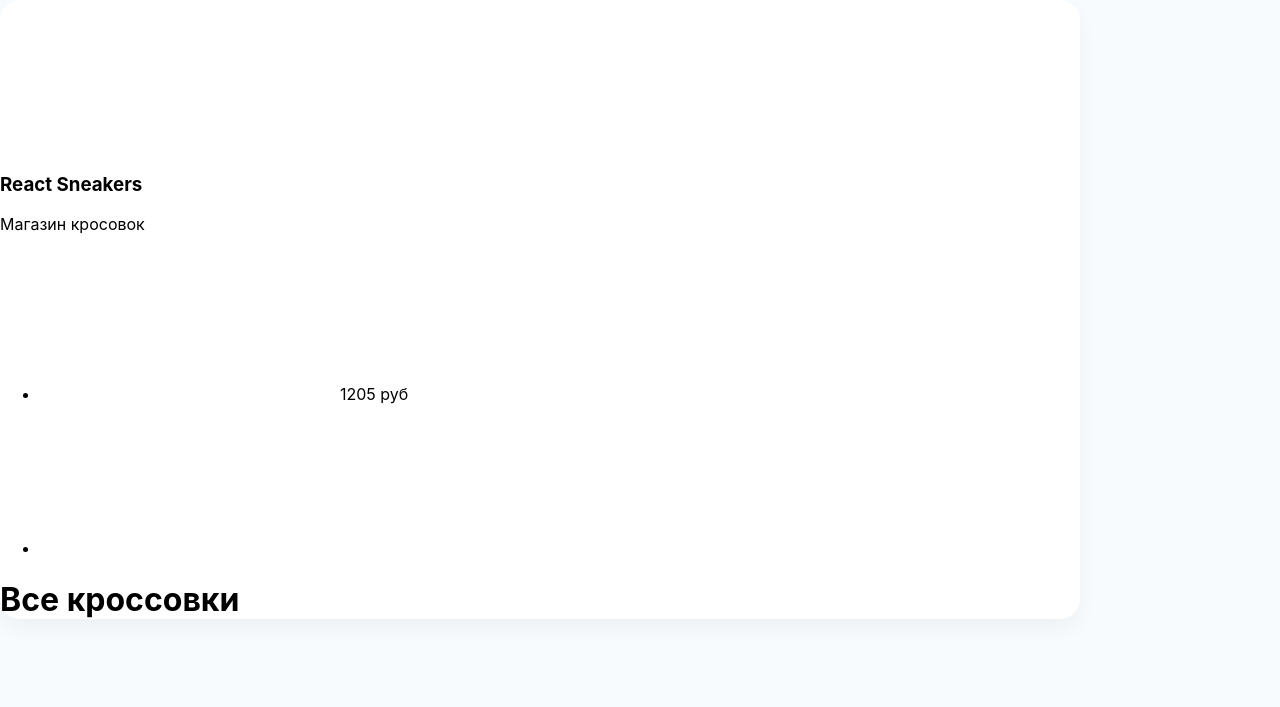
Repository: Azimich/React-Sneakers
Page: /
These files come from the project's save history. The page is drawn as it stood at one moment and after a run of saves; the edit follows.
The browser window is 1280 px wide. The pictures show the whole page.
The project was rebuilt for these pictures with package versions that can differ from the ones it lists, and the page was loaded fresh each time.

Above is the page before, as saved 2022-09-22 21:17:49.

After the next 7 saves:
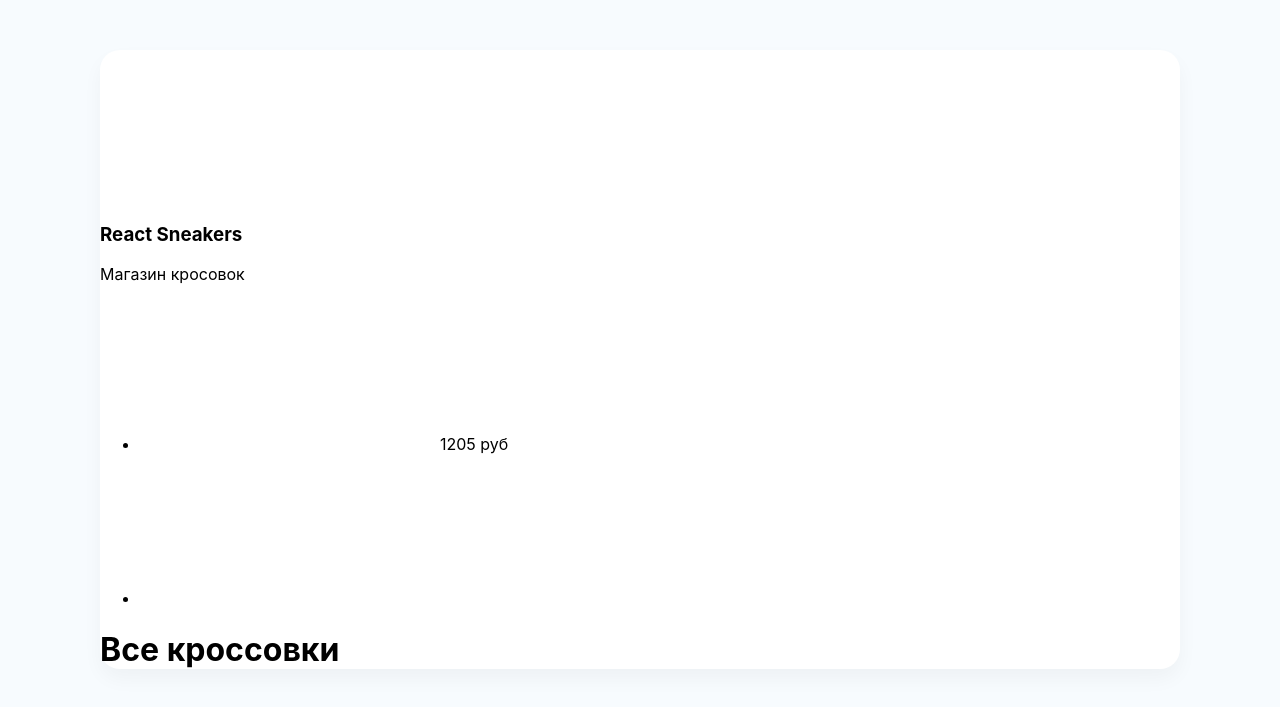
The 7 saves are shown as one change because they came seconds apart.
The last was saved 21 s later.
--- a/src/index.scss
+++ b/src/index.scss
@@ -11,4 +11,5 @@ body {
   box-shadow: 0px 10px 20px rgba(0, 0, 0, 0.04);
   border-radius: 20px;
   max-width: 1080px;
+  margin: 50px auto 0;
 }
